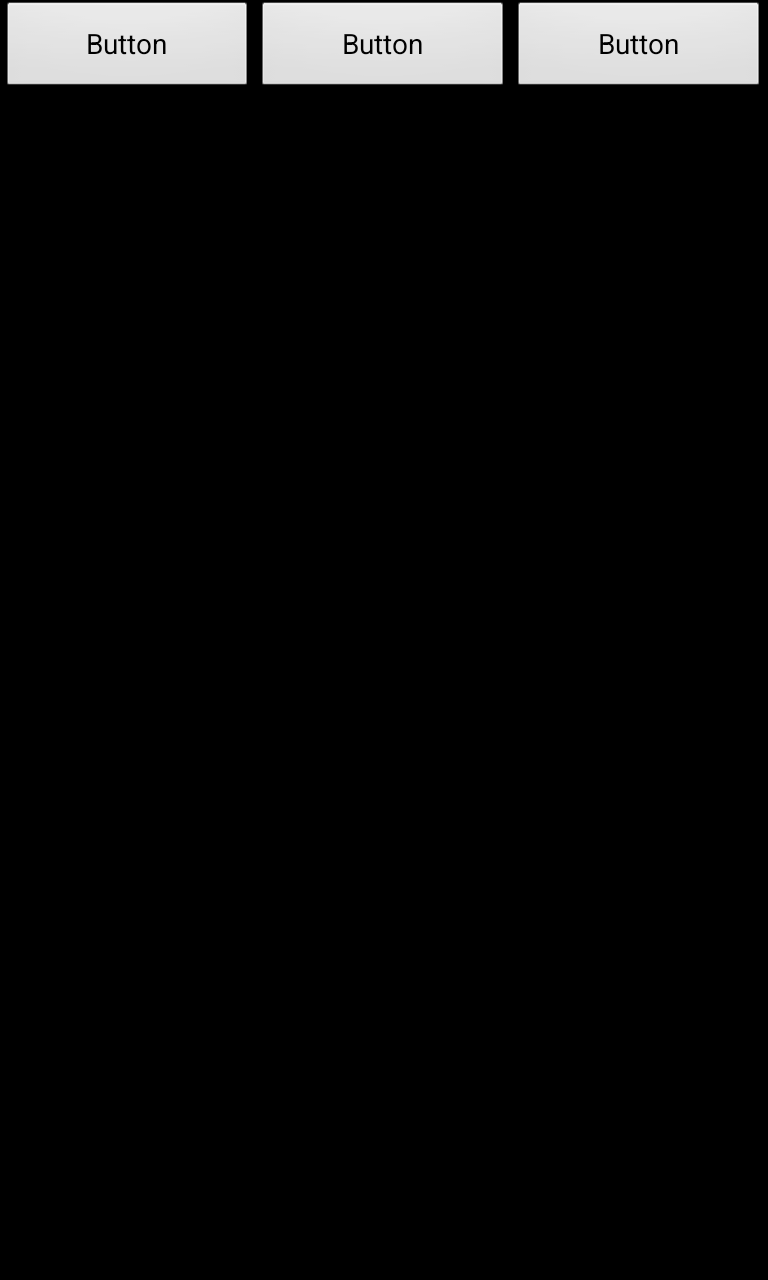
Repository: Malow/PhoneGame
Layout: Android/WiiPhone/res/layout/activity_main.xml
An editor plug-in stored every save of this project. The layout is shown before and after the next save, followed by the edit.
It is drawn on a 768 x 1280 px phone screen (xhdpi) without system bars, with theme android:Theme.NoTitleBar.Fullscreen; the app's code is not run.

Above is the layout before, as saved 2013-04-18 13:51:03.

After the next save:
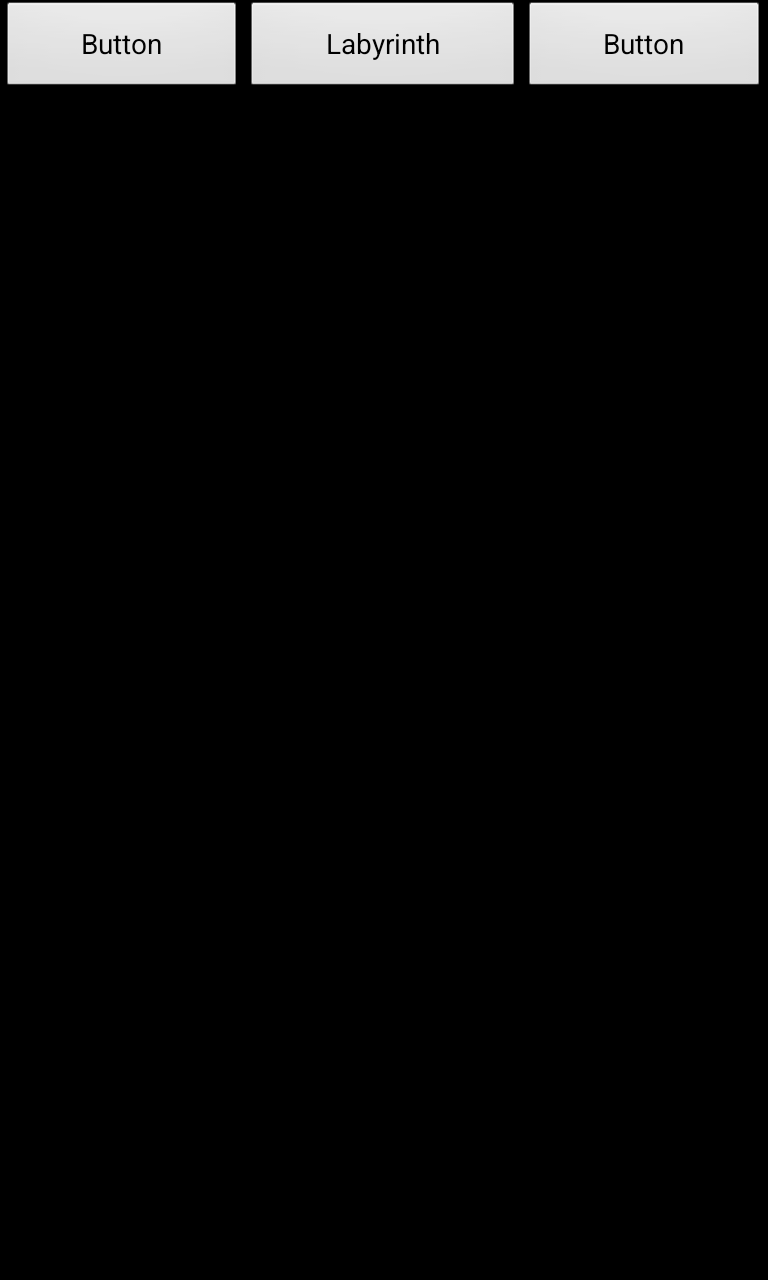
Saved 22 s later.
--- a/Android/WiiPhone/res/layout/activity_main.xml
+++ b/Android/WiiPhone/res/layout/activity_main.xml
@@ -18,7 +18,7 @@
         style="android:attr/buttonBarButtonStyle"
         android:layout_width="wrap_content"
         android:layout_height="wrap_content"
-        android:text="Button"
+        android:text="@+string/choose_game_button_2"
         android:layout_weight="0.10" />
 
     <Button
